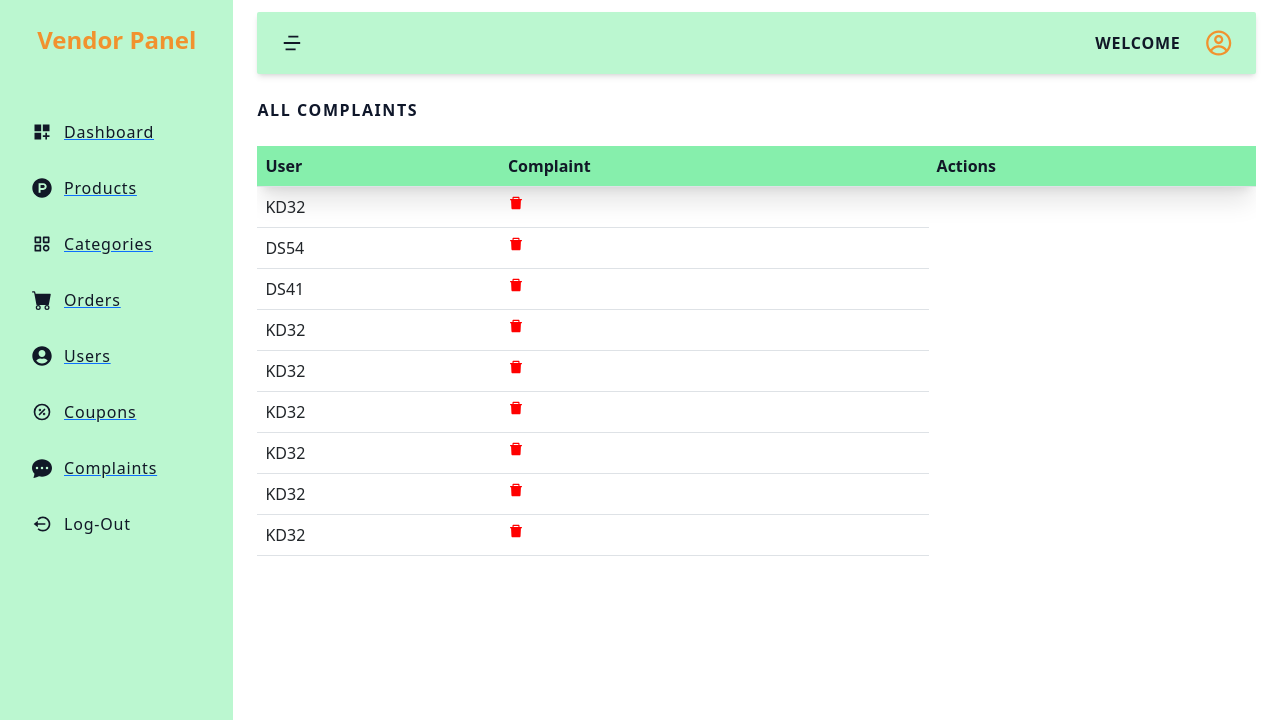
Repository: FlyweisReact/JitenderAdminPanel
Page: /chat
An editor plug-in stored every save of this project. The page is shown before and after the next save, followed by the edit.
The browser window is 1280 px wide. The pictures show the whole page.
The project was rebuilt for these pictures with package versions that can differ from the ones it lists, and the page was loaded fresh each time. Also part of the build but not shown: src/components/forms/Login.jsx, src/components/pages/Dashboard.jsx, src/components/vendorPanel/components/layout/Navbar.jsx, src/components/vendorPanel/components/layout/Sidebar.jsx, src/components/vendorPanel/components/layout/HOC.jsx, src/components/vendorPanel/components/pages/Message/Message.js, src/components/pages/UserKundli/UserKundli.jsx, src/components/pages/discount/Discount.jsx and 18 more.

Above is the page before, as saved 2022-11-05 17:04:24.

After the next save:
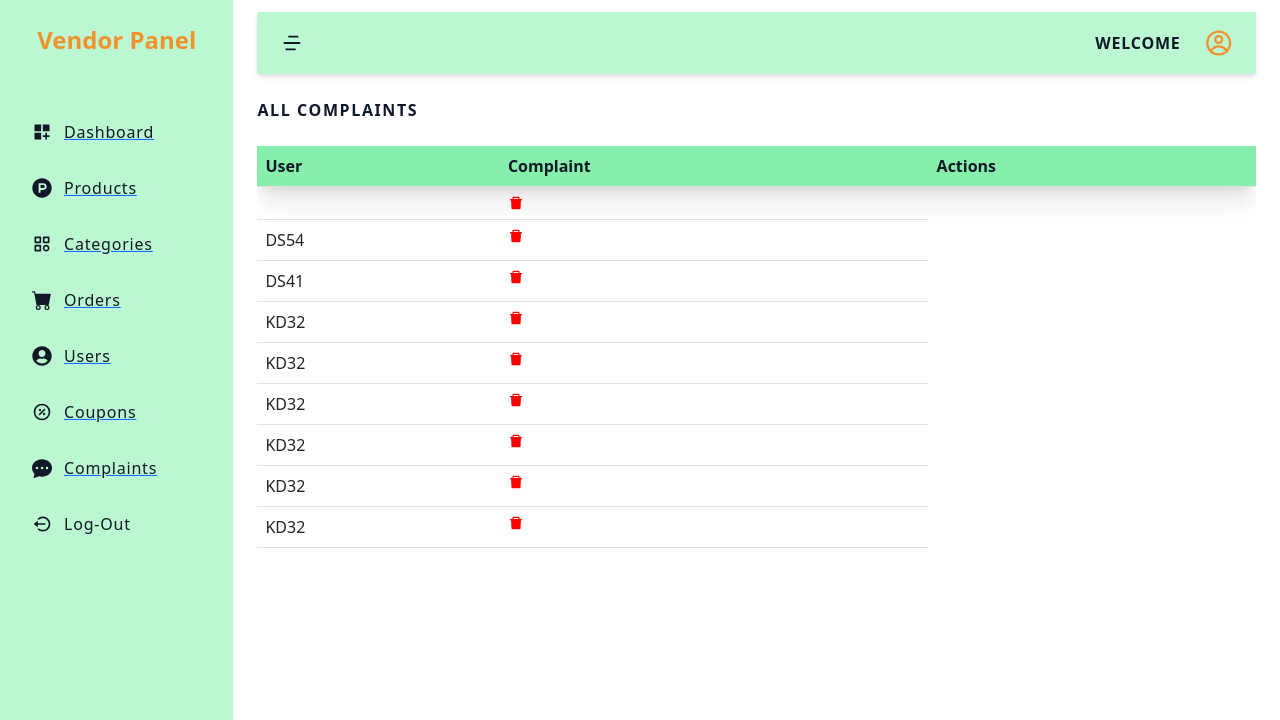
Saved 11 s later.
--- a/src/components/pages/reactChat/Chat.js
+++ b/src/components/pages/reactChat/Chat.js
@@ -14,11 +14,7 @@ import Form from "react-bootstrap/Form";
 
 const products = [
   {
-    code: "KD32",
-    ActivationDate: "01/10/2022",
-    Expirydate: "10/10/2032",
-    discount: "54",
-    minOrder: "300",
+  user : 'User1'
   },
   {
     code: "DS54",
